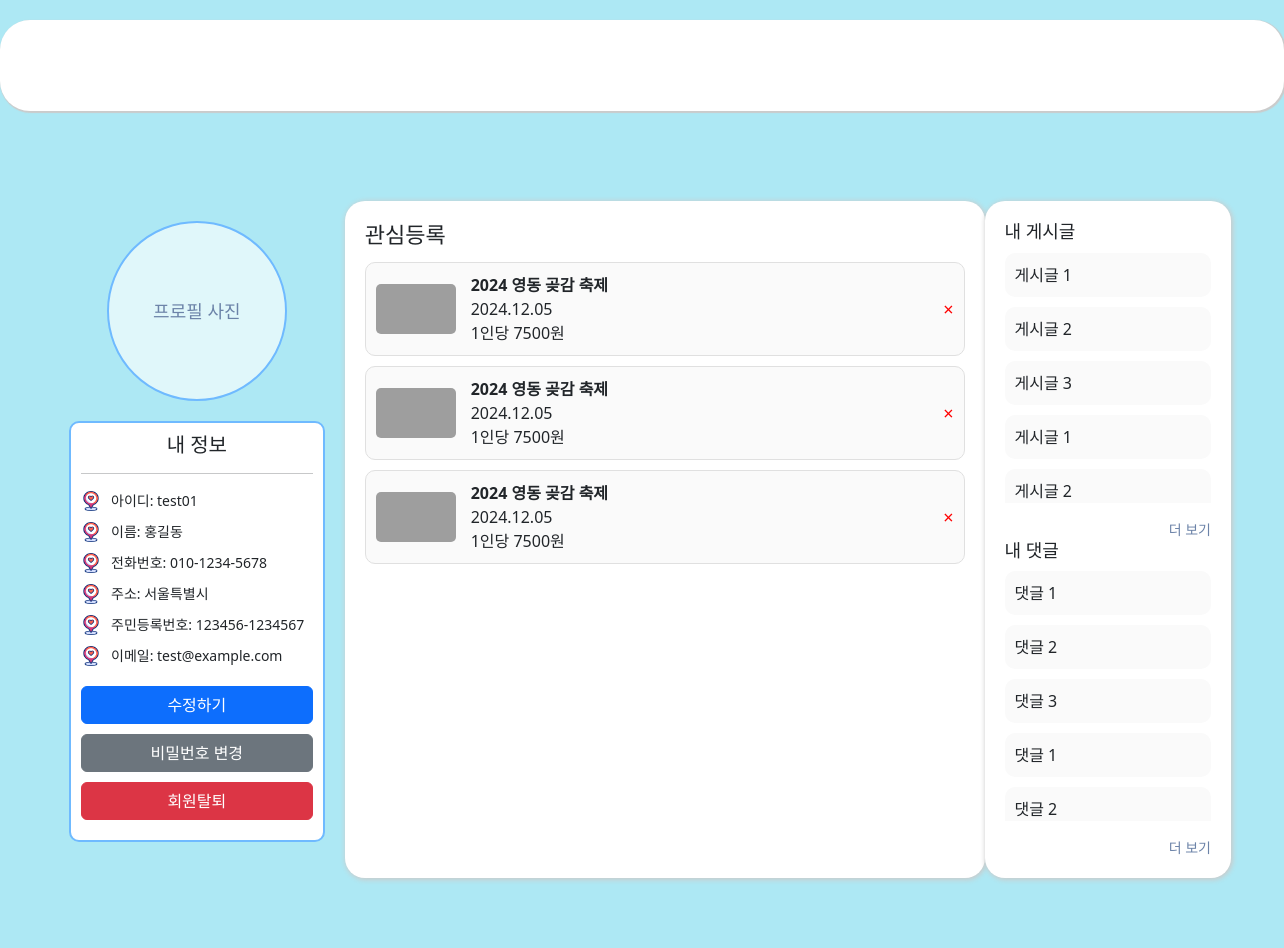
Repository: KimMJ0964/jsp
Page: http://localhost/Trafi/views/mypage/myPageMain.jsp
The author's editor kept a copy of each file at every save. The page is drawn from the files as they stood at one save, then again after the next save.
The browser window is 1280 px wide. The page is 1284 px wide, so the pictures cover 1284 px, including what lies to the right of the window. The pictures show the whole page.
Pictures or frames that could not be fetched are drawn as grey boxes. The page is served by Tomcat 9.

Above is the page before, as saved 2024-09-19 08:31:50.

### Trafi/src/main/webapp/views/mypage/myPageMain.jsp
<%@ page language="java" contentType="text/html; charset=UTF-8"
    pageEncoding="UTF-8"%>
<!DOCTYPE html>
<html lang="en">
<head>
    <meta charset="UTF-8">
    <meta name="viewport" content="width=device-width, initial-scale=1.0">
    <title>마이페이지</title>

    <!-- Latest compiled and minified CSS -->
    <link href="https://cdn.jsdelivr.net/npm/bootstrap@5.3.3/dist/css/bootstrap.min.css" rel="stylesheet">

    <!-- Latest compiled JavaScript -->
    <script src="https://cdn.jsdelivr.net/npm/bootstrap@5.3.3/dist/js/bootstrap.bundle.min.js"></script>
    <style>
        body {
            margin: 0;
            padding: 0;
            background-color: #ADE8F4;
        }
        .wrap {
            width: 1246px;
            margin: auto;
            padding: 20px;
        }
        #header {
            width: 1284px;
            height: 91px;
            background-color: white;
            border-radius: 30px;
            margin: 20px auto;
            box-shadow: 1px 1px 1px 1px rgb(203, 203, 203);
        }
        .container {
            display: flex;
            justify-content: space-around;
            margin: 50px auto;
            max-width: 1300px;
        }

        /* 프로필 섹션 */
        .profile-section {
            padding: 20px;
            width: 300px;
        }
        .profile-section .profile-image {
            width: 180px;
            height: 180px;
            border-radius: 50%;
            background-color: #E0F7FA;
            margin: 0 auto;
            display: flex;
            justify-content: center;
            align-items: center;
            font-size: 18px;
            color: #6C83A8;
        }
        .profile-section .profile-info {
            margin-top: 20px;
            border: 1px solid #E0E0E0;
            border-radius: 10px;
            padding: 10px;
        }
        .profile-info {
            background-color: white;
            border-radius: 20px;
        }
        .profile-section .profile-info h6 {
            font-size: 18px;
            margin-bottom: 20px;
        }
        .profile-section .profile-info ul {
            list-style: none;
            padding: 0;
            font-size: 14px;
        }
        .profile-section .profile-info ul li {
            margin-bottom: 10px;
            display: flex;
            align-items: center;
        }
        .profile-section .profile-info ul li img {
            width: 20px;
            height: 20px;
            margin-right: 10px;
        }
        .profile-section .profile-buttons {
            text-align: center;
            margin-top: 20px;
        }
        .profile-section .profile-buttons button {
            width: 100%;
            margin-bottom: 10px;
        }

        /* 축제 섹션 */
        .interest-section {
            background-color: white;
            border-radius: 20px;
            padding: 20px;
            width: 650px;
            box-shadow: 1px 1px 5px 1px rgb(203, 203, 203);
        }
        .interest-section h5 {
            font-size: 22px;
            margin-bottom: 15px;
        }
        .interest-section .interest-list {
            list-style: none;
            padding: 0;
            max-height: 400px;
            overflow-y: auto;
        }
        .interest-section .interest-list li {
            background-color: #FAFAFA;
            border: 1px solid #E0E0E0;
            padding: 10px;
            margin-bottom: 10px;
            display: flex;
            justify-content: space-between;
            align-items: center;
            border-radius: 10px;
        }
        .interest-section .interest-list li .info {
            display: flex;
            gap: 15px;
            align-items: center;
        }
        .interest-section .interest-list li img {
            width: 80px;
            height: 50px;
            border-radius: 5px;
        }
        .interest-section .interest-list li .text {
            font-size: 16px;
        }
        .interest-section .interest-list li .remove {
            font-size: 18px;
            color: red;
            cursor: pointer;
        }

        /* 게시글, 댓글 섹션 */
        .posts-comments-section {
            background-color: white;
            border-radius: 20px;
            padding: 20px;
            width: 250px;
            box-shadow: 1px 1px 5px 1px rgb(203, 203, 203);
        }
        .posts-comments-section h5 {
            font-size: 18px;
            margin-bottom: 10px;
        }
        .posts-comments-section ul {
            list-style: none;
            padding: 0;
            font-size: 16px;
            max-height: 250px;
            overflow-y: auto;
        }
        .posts-comments-section ul li {
            padding: 10px;
            background-color: #FAFAFA;
            margin-bottom: 10px;
            border-radius: 10px;
        }
        .posts-comments-section .view-more {
            text-align: right;
            font-size: 14px;
            color: #6C83A8;
            cursor: pointer;
        }

        /* 모달창 */
        .modal {
            position: fixed;
            left: 0;
            top: 0;
            width: 100%;
            height: 100%;
            background-color: rgba(0,0,0,0.5);
            display: flex;
            justify-content: center;
            align-items: center;
        }

        .modal-content {
            background-color: #fff;
            padding: 20px;
            border-radius: 10px;
            width: 450px;
            left: 40%;
            top: 20%;
        }

        .modal-content > form > table > tr > td {
            text-align: left;
        }

        .close {
            float: right;
            font-size: 20px;
            cursor: pointer;
        }

        /* 모바일 반응형 */

        @media (max-width: 480px) {
            .wrap {
                padding: 5px;
            }
            .profile-section, .interest-section, .posts-comments-section {
                padding: 5px;
            }
            .profile-section .profile-image {
                width: 100px;
                height: 100px;
            }
            .interest-section .interest-list li .info img {
                width: 50px;
                height: 30px;
            }
            .posts-comments-section ul li {
                font-size: 12px;
            }
        }
    </style>

</head>
<body>
    <div id="header"></div>
    <div class="wrap">
        <div class="container">
            <!-- Profile Section -->
            <div class="profile-section">
                <div class="profile-image" style="border: 2px solid #6FBAFF;">프로필 사진</div>
                <div class="profile-info" style="border: 2px solid #6FBAFF;">
                    <h5 style="text-align: center;">내 정보</h5>
                    <hr>
                    <ul>
                        <li><img src="./img/profile-icon.png" alt="icon">아이디: test01</li>
                        <li><img src="./img/profile-icon.png" alt="icon">이름: 홍길동</li>
                        <li><img src="./img/profile-icon.png" alt="icon">전화번호: 010-1234-5678</li>
                        <li><img src="./img/profile-icon.png" alt="icon">주소: 서울특별시</li>
                        <li><img src="./img/profile-icon.png" alt="icon">주민등록번호: 123456-1234567</li>
                        <li><img src="./img/profile-icon.png" alt="icon">이메일: test@example.com</li>
                    </ul>
                    <div class="profile-buttons">
                        <button class="btn btn-primary" id="edit-profile-btn">수정하기</button>
                        <button class="btn btn-secondary" id="edit-pwd-btn">비밀번호 변경</button>
                        <button class="btn btn-danger" id="delete-account-btn">회원탈퇴</button>
                    </div>
                </div>
            </div>

            <!-- Interest Section -->
            <div class="interest-section">
                <h5>관심등록</h5>
                <ul class="interest-list">
                    <li>
                        <div class="info">
                            <img src="festival.jpg" alt="축제 이미지">
                            <div class="text">
                                <strong>2024 영동 곶감 축제</strong><br>
                                2024.12.05<br>
                                1인당 7500원
                            </div>
                        </div>
                        <div class="remove">&times;</div>
                    </li>
                    <li>
                        <div class="info">
                            <img src="festival.jpg" alt="축제 이미지">
                            <div class="text">
                                <strong>2024 영동 곶감 축제</strong><br>
                                2024.12.05<br>
                                1인당 7500원
                            </div>
                        </div>
                        <div class="remove">&times;</div>
                    </li>
                    <li>
                        <div class="info">
                            <img src="festival.jpg" alt="축제 이미지">
                            <div class="text">
                                <strong>2024 영동 곶감 축제</strong><br>
                                2024.12.05<br>
                                1인당 7500원
                            </div>
                        </div>
                        <div class="remove">&times;</div>
                    </li>

                    <!-- More items -->
                </ul>
            </div>

            <!-- Posts and Comments Section -->
            <div class="posts-comments-section">
                <div class="posts-comments-container">
                    <!-- My Posts Section -->
                    <div class="posts-section">
                        <h5>내 게시글</h5>
                        <ul>
                            <li>게시글 1</li>
                            <li>게시글 2</li>
                            <li>게시글 3</li>
                            <li>게시글 1</li>
                            <li>게시글 2</li>
                            <li>게시글 3</li>
                            <!-- More posts -->
                        </ul>
                        <div class="view-more">더 보기</div>
                    </div>

                    <!-- My Comments Section -->
                    <div class="comments-section">
                        <h5>내 댓글</h5>
                        <ul>
                            <li>댓글 1</li>
                            <li>댓글 2</li>
                            <li>댓글 3</li>
                            <li>댓글 1</li>
                            <li>댓글 2</li>
                            <li>댓글 3</li>
                            <!-- More comments -->
                        </ul>
                        <div class="view-more">더 보기</div>
                    </div>
                </div>
            </div>
    </div>

    <!-- 모달 구조 -->
    <div class="modal" id="editProfileModal" style="display:none;">
        <div class="modal-content">
            <span class="close">&times;</span>
            <h2>프로필 수정</h2>
            <br>
            <form>
                <table>
                    <tr>
                        <td style="width: 130px;">
                            <label for="name">이름:</label>
                        </td>
                        <td>
                            <input type="text" id="name" name="name" required>
                        </td>
                    </tr>
                    <tr>
                        <td>
                            <label for="phone">전화번호:</label>
                        </td>
                        <td>
                            <input type="text" id="phone" name="phone" required>
                        </td>
                    </tr>
                    <tr>
                        <td>
                            <label for="address">주소:</label>
                        </td>
                        <td>
                            <input type="text" id="address" name="address" required>
                        </td>
                    </tr>
                    <tr>
                        <td>
                            <label for="ssn">주민등록번호:</label>
                        </td>
                        <td>
                            <input type="text" id="ssn" name="ssn" required>
                        </td>
                    </tr>
                    <tr>
                        <td>
                            <label for="email">이메일:</label>
                        </td>
                        <td>
                            <input type="text" id="email" name="email" required> @
                            <select id="email-domain" name="email-domain">
                                <option value="gmail.com">@gmail.com</option>
                                <option value="naver.com">@naver.com</option>
                                <option value="daum.net">@daum.net</option>
                                <option value="custom">직접 입력</option>
                            </select>
                            <input type="text" id="custom-domain" name="custom-domain" style="display:none;" placeholder="직접 입력">
                        </td>
                    </tr>
                </table>
                <br>
                <button type="submit" class="btn btn-primary">저장하기</button>
            </form>
        </div>
    </div>

    <script>
        document.getElementById("delete-account-btn").addEventListener("click", function() {
            if (confirm("정말로 회원탈퇴를 진행하시겠습니까?")) {
                // 네
                alert("회원탈퇴가 진행됩니다.");
            } else {
                // 아니요
                alert("회원탈퇴가 취소되었습니다.");
            }
        });

        // 모달 열기 및 닫기 로직
        var modal = document.getElementById("editProfileModal");
        var btn = document.getElementById("edit-profile-btn");
        var span = document.getElementsByClassName("close")[0];

        btn.onclick = function() {
            modal.style.display = "block";
        }

        span.onclick = function() {
            modal.style.display = "none";
        }

        window.onclick = function(event) {
            if (event.target == modal) {
                modal.style.display = "none";
            }
        }

        // 이메일 도메인 선택 시 처리
        var emailDomainSelect = document.getElementById("email-domain");
        var customDomainInput = document.getElementById("custom-domain");

        emailDomainSelect.onchange = function() {
            if (emailDomainSelect.value === "custom") {
                customDomainInput.style.display = "inline-block";
            } else {
                customDomainInput.style.display = "none";
                customDomainInput.value = ""; // 입력 필드를 초기화
            }
        }
    </script>
</body>
</html>

After the next save:
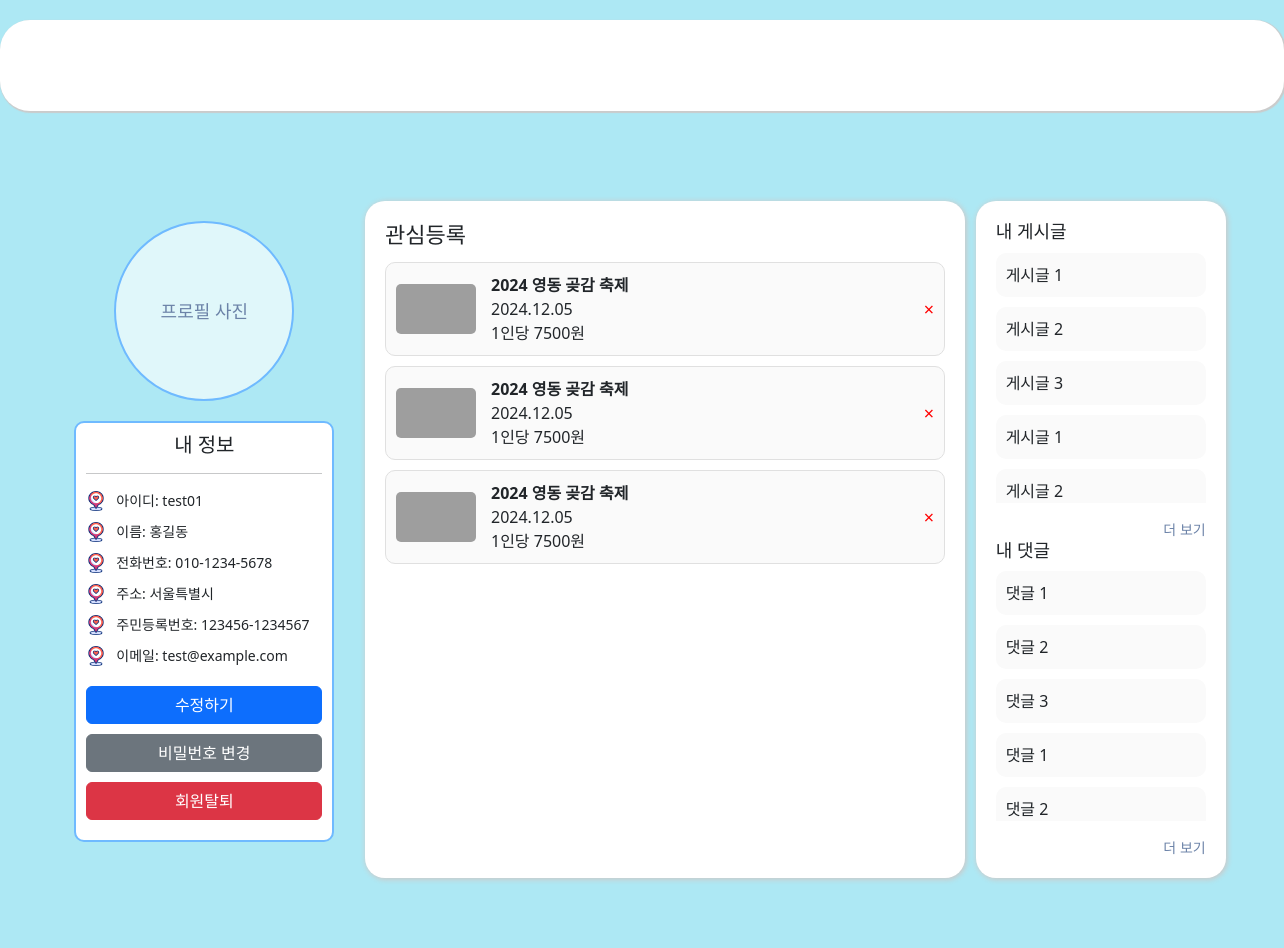
Saved 47 s later.
--- a/Trafi/src/main/webapp/views/mypage/myPageMain.jsp
+++ b/Trafi/src/main/webapp/views/mypage/myPageMain.jsp
@@ -98,7 +98,7 @@
             background-color: white;
             border-radius: 20px;
             padding: 20px;
-            width: 650px;
+            width: 600px;
             box-shadow: 1px 1px 5px 1px rgb(203, 203, 203);
         }
         .interest-section h5 {
